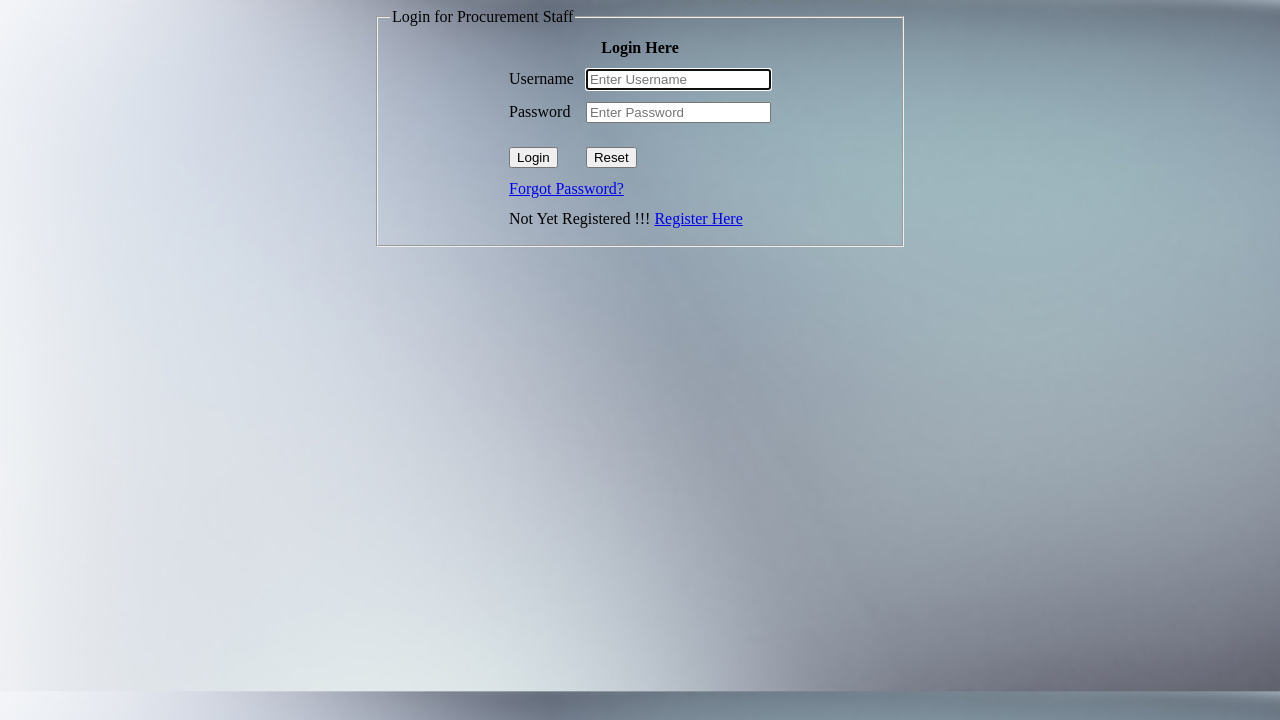
Repository: nirmaniPathiranage/CSSE-Procurement-Management
Page: http://localhost/Item_Management/Login.jsp
The author's editor kept a copy of each file at every save. The page is drawn from the files as they stood at one save, then again after the next save.
The browser window is 1280 px wide. The pictures show the whole page.
The page is served by Tomcat 9. Other server files are loaded and not shown.

Above is the page before, as saved 2019-09-30 07:51:58.

### Item_Management/WebContent/Login.jsp
<%@ page language="java" contentType="text/html; charset=ISO-8859-1"
	pageEncoding="ISO-8859-1"%>
<!DOCTYPE html PUBLIC "-//W3C//DTD HTML 4.01 Transitional//EN" "http://www.w3.org/TR/html4/loose.dtd">
<html>
<head>
<meta http-equiv="Content-Type" content="text/html; charset=ISO-8859-1">
<title>Login Application</title>
<style>
body{

	background:url('bg1.jpg');
	background-size: cover;
}
</style>
<script>
	function validate() {
		var username = document.form.username.value;
		var password = document.form.password.value;

		if (username == null || username == "") {
			alert("Username cannot be blank");
			return false;
		} else if (password == null || password == "") {
			alert("Password cannot be blank");
			return false;
		}
	}
</script>
</head>
<body>
<form name="form" action="LoginServlet" method="post"
		onSubmit="return validate();">
		<center>
			<fieldset style="width: 500px">
				<legend> Login for Procurement Staff</legend>
				<table border="0" width="50%" cellpadding="5">
					<tr>
						<th colspan="2">Login Here</th>
					</tr>
					<tbody>
						<tr>
							<td>Username</td>
							<td><input type="text" name="username" value="" autofocus
								placeholder="Enter Username" autocomplete="off" required /></td>
						</tr>
						<tr>
							<td>Password</td>
							<td><input type="password" name="password" value=""
								placeholder="Enter Password" autocomplete="off" required /></td>
						</tr>
						<tr>
							<td><span style="color: red"><%=(request.getAttribute("errMessage") == null) ? "" : request.getAttribute("errMessage")%></span></td>
						</tr>
						<tr>
							<td><input type="submit" value="Login"></input></td>
							<td><input type="reset" value="Reset"></input></td>
						</tr>
						<tr>
							<center><td colspan="4"><a href="###">Forgot Password?</a></td></center>
						</tr>
						<tr>
							<td colspan="4">Not Yet Registered !!! <a
								href="Register.jsp">Register Here</a></td>
						</tr>
					</tbody>
				</table>
			</fieldset>
		</center>
	</form>
</body>
</html>

After the next save:
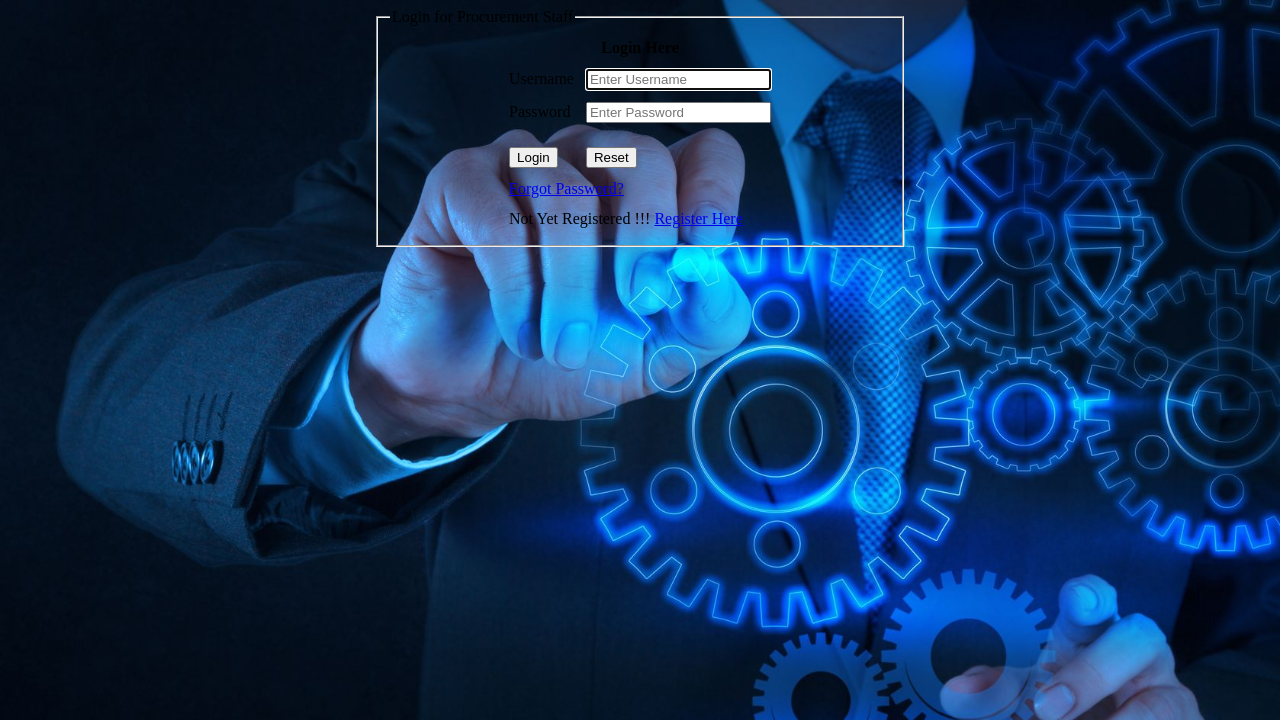
Saved 77 s later.
--- a/Item_Management/WebContent/Login.jsp
+++ b/Item_Management/WebContent/Login.jsp
@@ -8,7 +8,7 @@
 <style>
 body{
 
-	background:url('bg1.jpg');
+	background:url('login.jpg');
 	background-size: cover;
 }
 </style>
